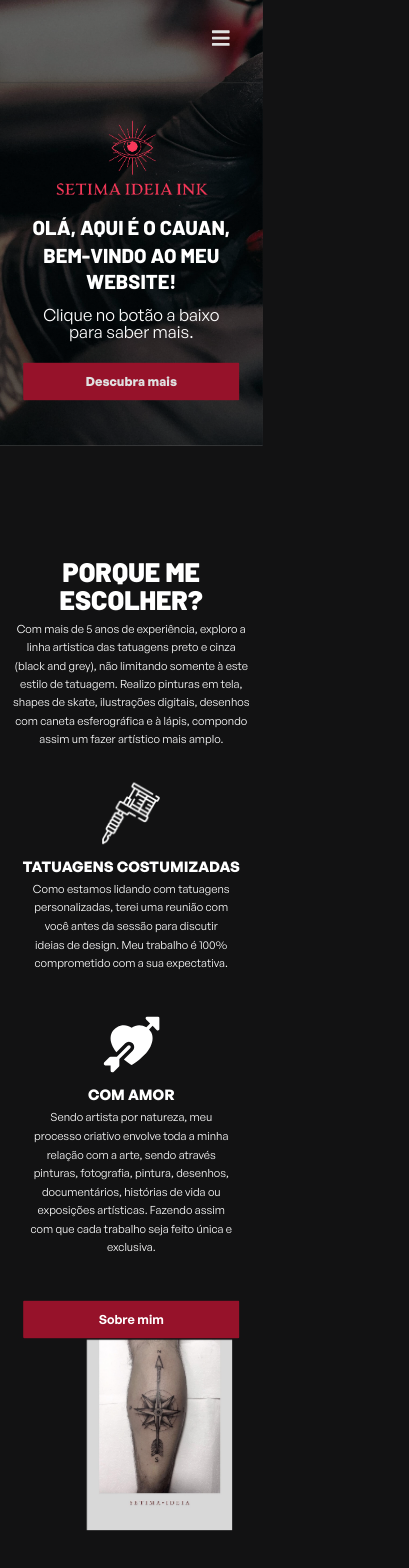
Repository: Leoka2000/S-tima-Ideia
Page: /
The author's editor kept a copy of each file at every save. The page is drawn from the files as they stood at one save, then again after the next save.
The browser window is 375 px wide. The page is 584 px wide, so the pictures cover 584 px, including what lies to the right of the window. The pictures show the part of the page from y = 0 to 2240 px (the page is 8730 px tall), at 70% of full size.
Backgrounds fixed to the window are drawn as part of the page. The project was rebuilt for these pictures with package versions that can differ from the ones it lists, and the page was loaded fresh each time. Some packages were replaced by stand-ins written for this rebuild. Also part of the build but not shown: src/pages/main/instagram/instagram.css, src/pages/main/instagram/instagram.jsx, src/App.css, src/pages/portfolio/portfolio.css, src/data/database-common.js, src/pages/portfolio/loop-content.jsx, src/pages/portfolio/portfolio.jsx, src/pages/portfolio/index.jsx and 2 more. Imported but missing from the stored project, and not drawn on this page: src/assets/videos/cauan-video.mp4.

Above is the page before, as saved 2023-05-22 20:54:03.

After the next save:
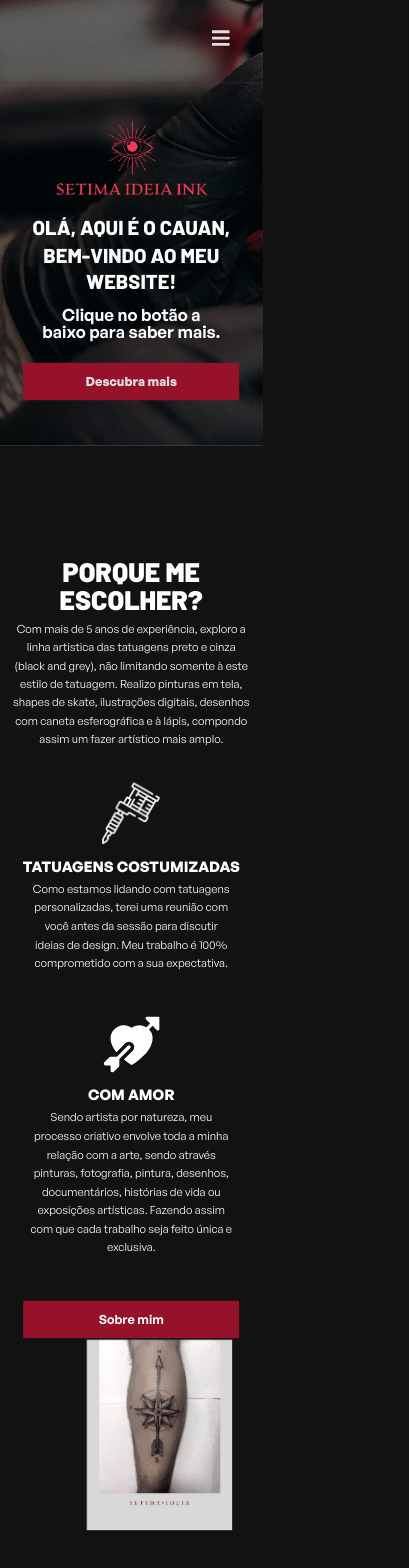
Saved 85 s later.
--- a/src/pages/main/hero/hero.css
+++ b/src/pages/main/hero/hero.css
@@ -158,7 +158,7 @@ background-attachment: scroll, fixed;
     .hero-wrapper>h2 {
         font-size: 1.5rem;
         line-height: 1.5rem;
-        font-weight: 400;
+
         font-family: 'General Sans', sans-serif;
         text-align: center;
         width: 16rem;
